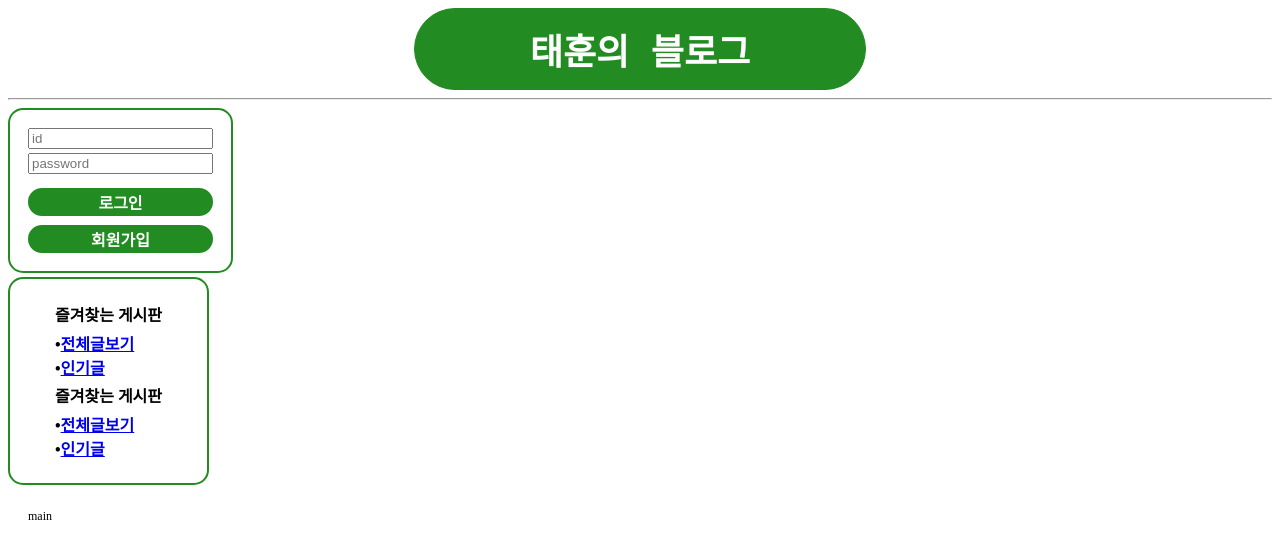
Repository: codelily98/Web
Page: board/src/main/webapp/HTML5/boardmain.html
These files come from the project's save history. The page is drawn as it stood at one moment and after the next save; the edit follows.
The browser window is 1280 px wide. The pictures show the whole page.

Above is the page before, as saved 2024-08-13 06:05:20.

### board/src/main/webapp/HTML5/boardmain.html
<!DOCTYPE html>
<html>
<head>
<meta charset="UTF-8">
<title>태훈의 블로그</title>
<style type="text/css">
section {
	margin-top: 20px;
	margin-left: 20px;
	font-size: 12px;
	font-family: 맑은고딕;
	width : 80%;
	height: 70%;
	float : left;
}
#nav {
	margin-top: 20px;
	margin-left: 20px;
	width : 15%;
	height: 70%;
	float : left;
	font-size: 14px;
	font-family: 맑은고딕;
}
.title {
	border-radius: 50px;
	background: forestgreen;
	display: inline-block;
	border: 1px solid forestgreen;
	width: 450px;
	height: 80px;
	align-content: center;
	color: white;
	font-weight : bold;
	font-size: 36px;
	font-family: Lucida Console;
}
.userstatus {
	padding: 15px;
	font-weight : bold;
	border: 2px solid forestgreen;
	border-radius: 15px;
	display: inline-block;
	align-content: left;
}
.post_list {
	padding: 20px 42px;
	font-weight : bold;
	border: 2px solid forestgreen;
	border-radius: 15px;
	display: inline-block;
	align-content: left;
}
#login_button, #signin_button {
	border-radius: 15px;
	background: forestgreen;
	border: 2px solid forestgreen;
	align-content: center;
	color: white;
	font-weight : bold;
	margin-top: 5px;
}
#pwd {
	margin-bottom: 5px;
}
#bookmark_list {
	padding: 30px;
	font-weight : bold;
	border: 2px solid forestgreen;
	border-radius: 15px;
	display: inline-block;
	align-content: center;
	width: 150px;
}
#post_list_title_sub {
	margin-bottom: 5px;
}
</style>
</head>
<body>
	<header align="center">
		<div class="title" align="center">태훈의 블로그</div>
		<hr>
	</header>

	<nav id="nav1">
		<form>
			<table class="userstatus">
				<tr>
					<td>
						<input type = "text" name = "user_id" id = "id" placeholder = "id"/>
					</td>
				</tr>
				<tr>
					<td>
						<input type = "text" name = "user_pwd" id = "pwd" placeholder = "password"/>
					</td>
				</tr>
				<tr>
					<td>
						<div id="login_button" align="center" onclick="location.href='login_board.html'">로그인</div>
					</td>
				</tr>
				<tr>
					<td>
						<div id="signin_button" align="center" onclick="location.href='signin_page.html'">회원가입</div>
					</td>
				</tr>
			</table>
			<br>

			<table class="post_list">
				<tr>
					<td>
						<div id="post_list_title_sub">즐겨찾는 게시판</div>
						<div id="all_post_list">&bull;<a href="./all_post_list.html">전체글보기</a></div>
						<div id="hot_post_list">&bull;<a href="./all_post_list.html">인기글</a></div>
					</td>
				</tr>
				<tr>
					<td>
						<div id="post_list_title_sub">즐겨찾는 게시판</div>
						<div id="all_post_list">&bull;<a href="./all_post_list.html">전체글보기</a></div>
						<div id="hot_post_list">&bull;<a href="./all_post_list.html">인기글</a></div>
					</td>
				</tr>
			</table>
		</form>
	</nav>

	<section>
		<div>main</div>
	</section>
</body>
</html>

After the next save:
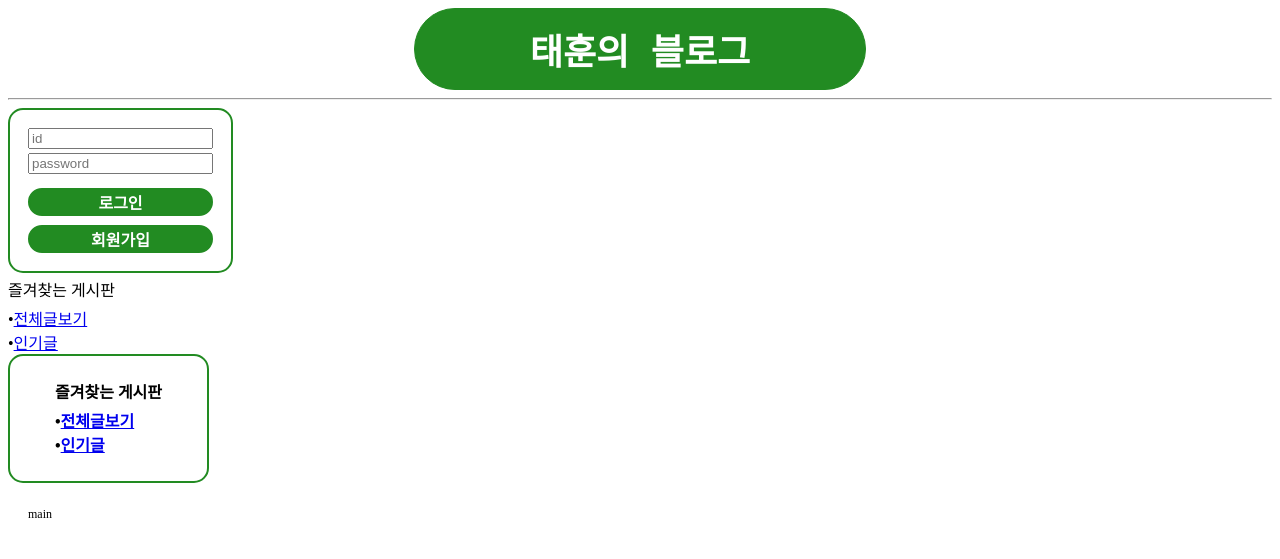
Saved 25 s later.
--- a/board/src/main/webapp/HTML5/boardmain.html
+++ b/board/src/main/webapp/HTML5/boardmain.html
@@ -111,14 +111,14 @@
 
 			<table class="post_list">
 				<tr>
-					<td>
+					<td id="list1">
 						<div id="post_list_title_sub">즐겨찾는 게시판</div>
 						<div id="all_post_list">&bull;<a href="./all_post_list.html">전체글보기</a></div>
 						<div id="hot_post_list">&bull;<a href="./all_post_list.html">인기글</a></div>
 					</td>
 				</tr>
 				<tr>
-					<td>
+					<tdid="list2">
 						<div id="post_list_title_sub">즐겨찾는 게시판</div>
 						<div id="all_post_list">&bull;<a href="./all_post_list.html">전체글보기</a></div>
 						<div id="hot_post_list">&bull;<a href="./all_post_list.html">인기글</a></div>

After the save that followed:
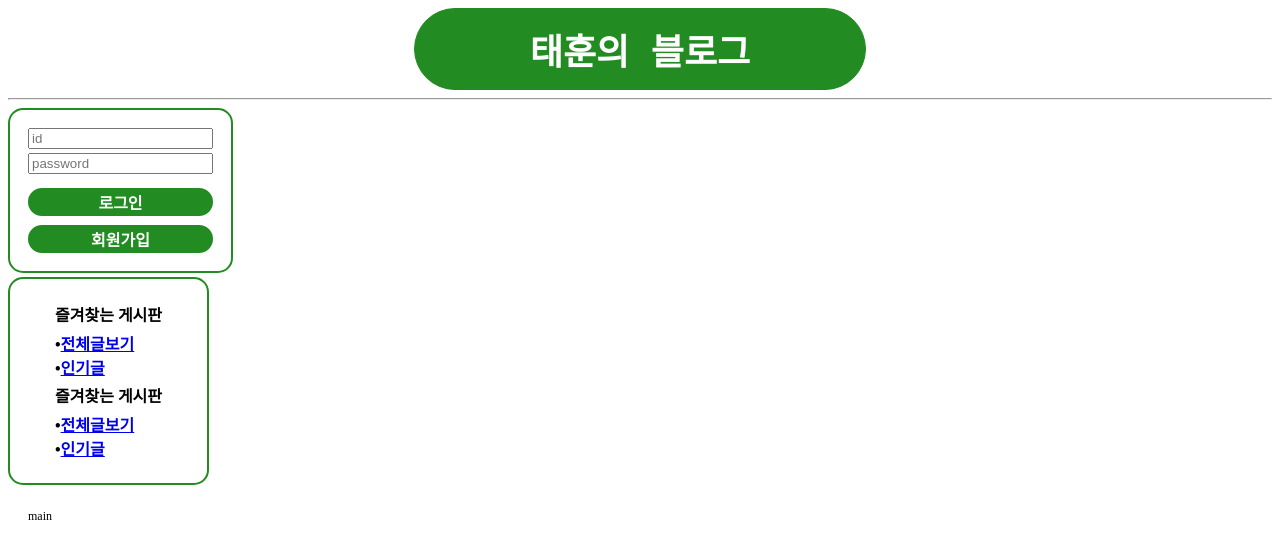
Saved 15 s later.
--- a/board/src/main/webapp/HTML5/boardmain.html
+++ b/board/src/main/webapp/HTML5/boardmain.html
@@ -118,7 +118,7 @@
 					</td>
 				</tr>
 				<tr>
-					<tdid="list2">
+					<td id="list1">
 						<div id="post_list_title_sub">즐겨찾는 게시판</div>
 						<div id="all_post_list">&bull;<a href="./all_post_list.html">전체글보기</a></div>
 						<div id="hot_post_list">&bull;<a href="./all_post_list.html">인기글</a></div>
